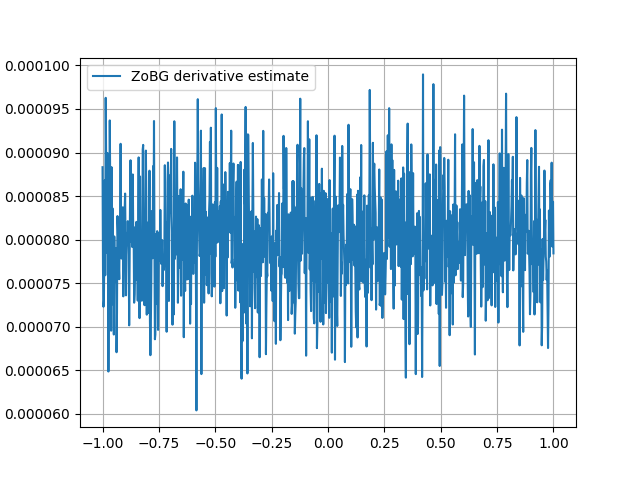
Repository: oomcth/Gradient-smoothing
Script's output: python test.py
An editor plug-in stored every save of this project. The script's output is shown before and after a run of saves, followed by the edit.
Each picture stacks the figures in order, with grey between them; figures that are only written to a file come last. Random numbers start from a fixed seed.

Above is the script's output before, as saved 2025-11-21 16:53:23.
Error: TypeError: visualize_coulomb() missing 1 required positional argument: 't'

After the next 2 saves:
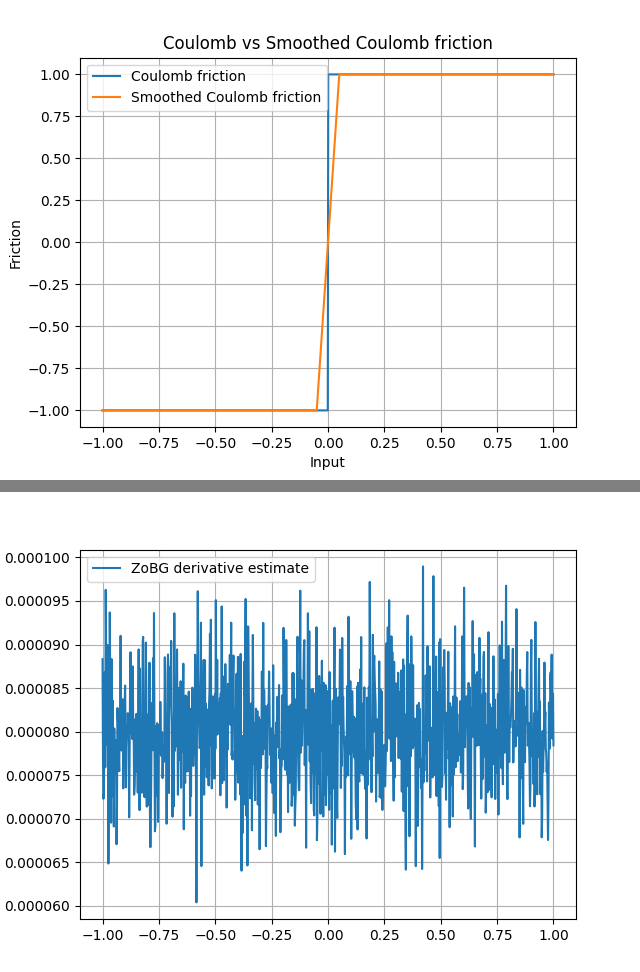
The error is gone.
The 2 saves are shown as one change because 1 did not build or start.
The last was saved 17 s later.
--- a/test.py
+++ b/test.py
@@ -55,5 +55,5 @@ def visualize_coulomb_derivatives(M=10000):
 
 
 # visualize_estimator_variance(0.1, M=100)
+visualize_coulomb(t)
 visualize_coulomb_derivatives()
-visualize_coulomb()
